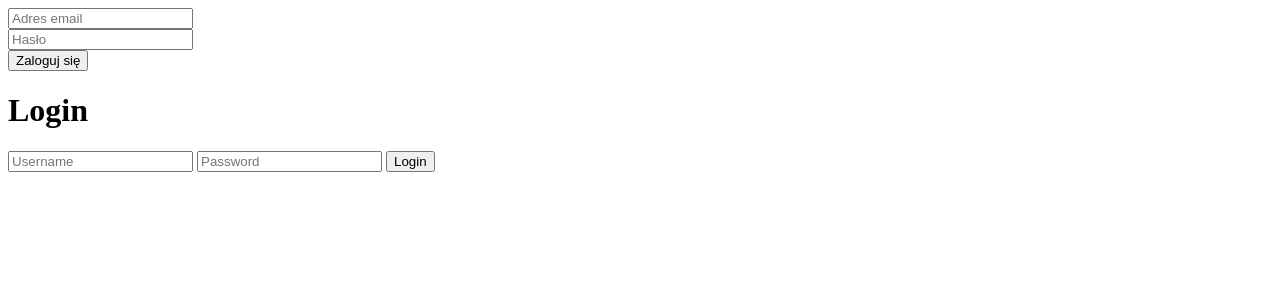
Repository: DaveDavMat/website
Page: http://localhost/logform.php
The author's editor kept a copy of each file at every save. The page is drawn from the files as they stood at one save, then again after the next save.
The browser window is 1280 px wide. The pictures show the whole page.
The page is run by PHP 8.4 with error messages shown; the project is at /var/www/html/.

Above is the page before, as saved 2018-11-27 18:38:08.

After the next save:
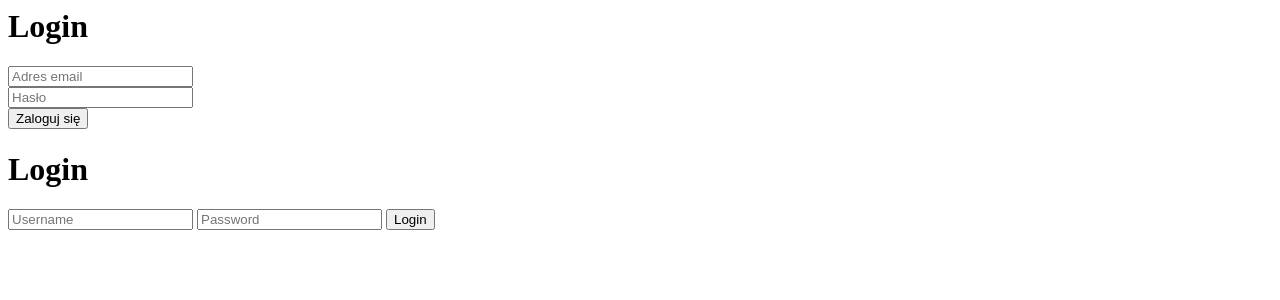
Saved 16 s later.
--- a/logform.php
+++ b/logform.php
@@ -1,5 +1,6 @@
 <form method="POST" action="zaloguj.php" class="box" role="form">
-                             <div >
+                             <div>
+                                 <h1>Login</h1>
                                   <input type="text" placeholder="Adres email" class="form-control" name="email">
                               </div>
                              <div class="form-group">
